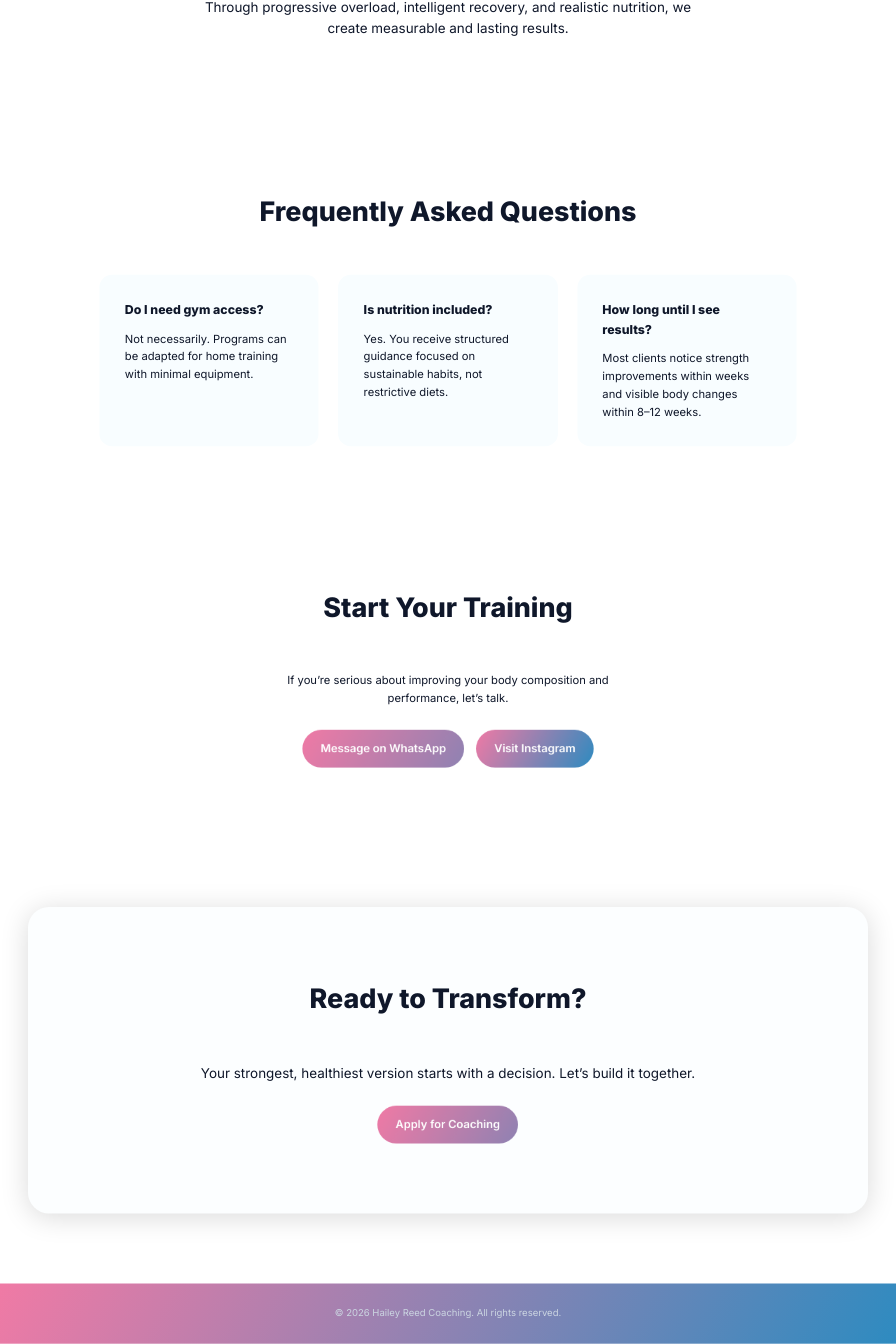
Repository: davidfsillva/Hailey-Reed-Coaching
Page: index.html
The author's editor kept a copy of each file at every save. The page is drawn from the files as they stood at one save, then again after a run of saves.
The browser window is 1280 px wide. The pictures show the part of the page from y = 3301 to 5221 px (the page is 5221 px tall), at 70% of full size.

Above is the page before, as saved 2026-02-12 10:12:28.

After the next 2 saves:
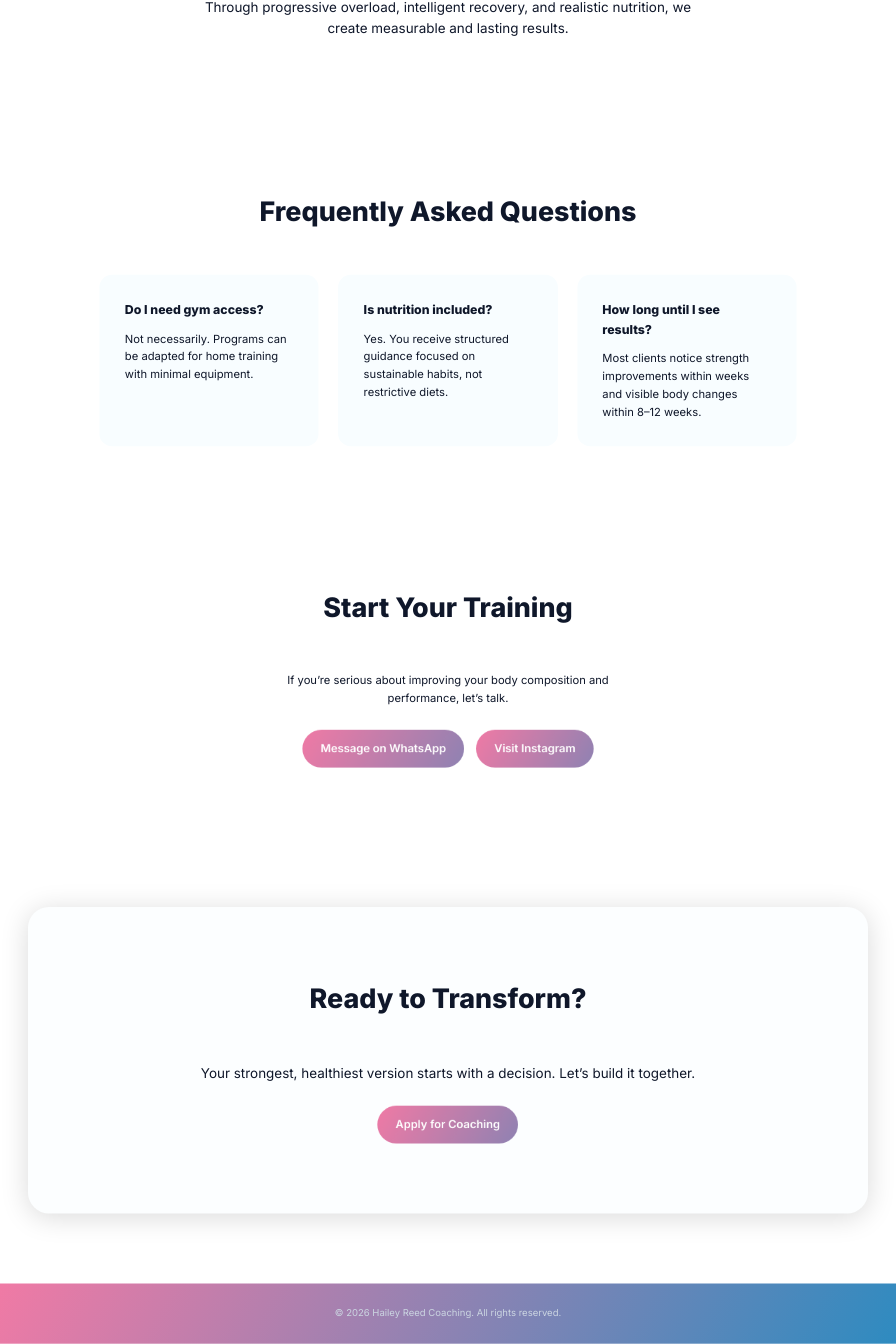
The 2 saves are shown as one change because they came seconds apart.
The last was saved 24 s later.
--- a/style.css
+++ b/style.css
@@ -148,6 +148,8 @@ body {
 .btn.secondary {
   background: linear-gradient(120deg, var(--pink), var(--blue));
   color: var(--light);
+  background-size: 200% 200%;
+
 }
 
 .btn.secondary:hover {
